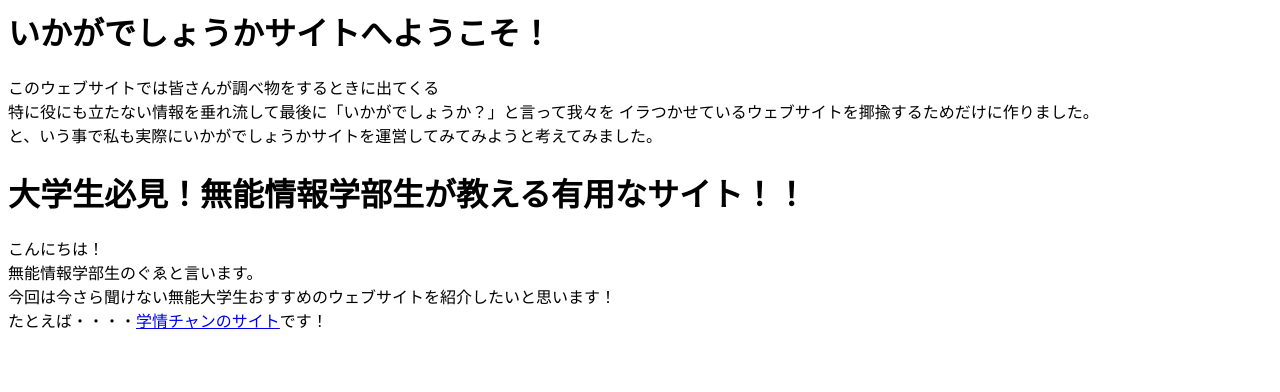
Repository: ghevp/ikagadeshoka
Page: page/home.html
The author's editor kept a copy of each file at every save. The page is drawn from the files as they stood at one save, then again after a run of saves.
The browser window is 1280 px wide. The pictures show the whole page.

Above is the page before, as saved 2022-06-23 13:34:24.

After the next 2 saves:
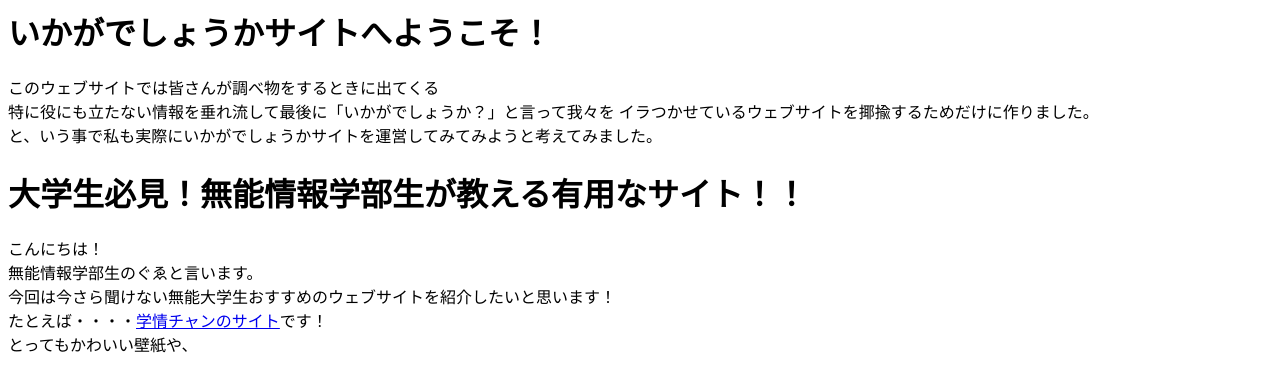
The 2 saves are shown as one change because they came seconds apart.
The last was saved 10 s later.
--- a/page/home.html
+++ b/page/home.html
@@ -13,6 +13,7 @@
     こんにちは！<br>
     無能情報学部生のぐゑと言います。<br>
     今回は今さら聞けない無能大学生おすすめのウェブサイトを紹介したいと思います！<br>
-    たとえば・・・・<a href="https://gakujochan.com">学情チャンのサイト</a>です！
+    たとえば・・・・<a href="https://gakujochan.com">学情チャンのサイト</a>です！<br>
+    とってもかわいい壁紙や、
 </p>
 </div>
